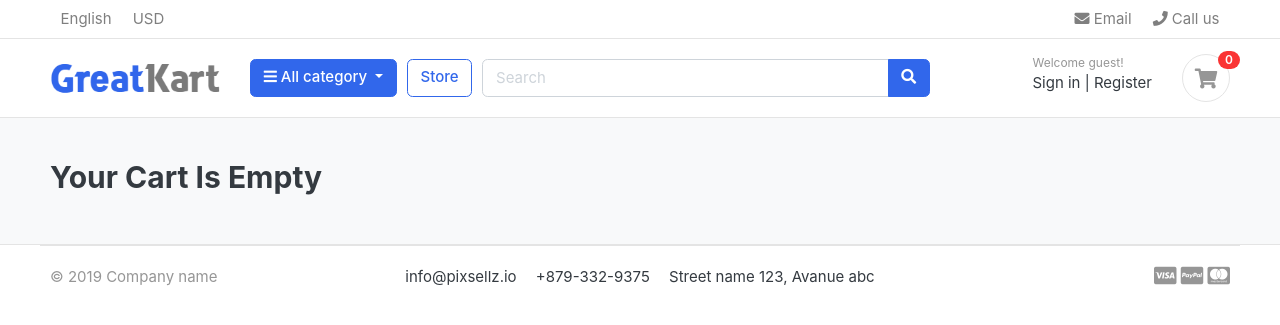
Repository: tranbao2201/ecommerce_django
Page: templates/store/cart.html
The author's editor kept a copy of each file at every save. The page is drawn from the files as they stood at one save, then again after a run of saves.
The browser window is 1280 px wide. The pictures show the whole page.
Some web fonts or font styles are not loaded; a fallback is used. The template is drawn by Django 3.2. The application's start-up code is not run. The template is opened directly, without the code that normally fills it, so the values that code supplies are empty.

Above is the page before, as saved 2022-09-03 22:19:15.

After the next 3 saves:
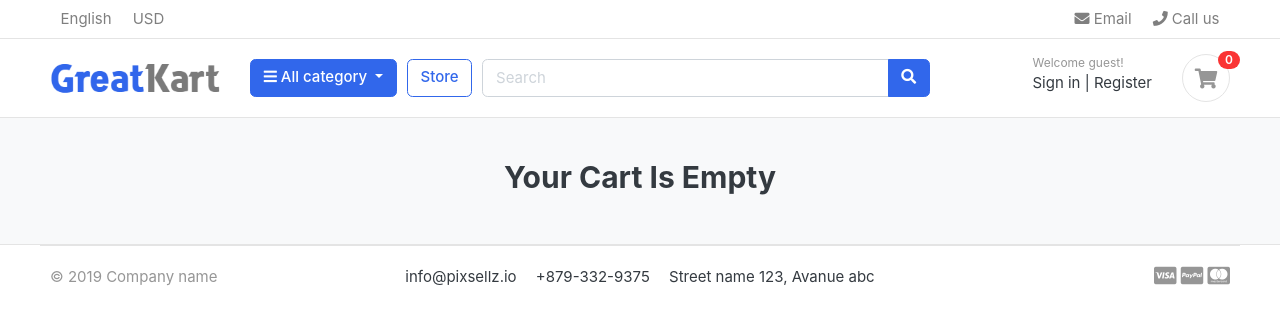
The 3 saves are shown as one change because they came seconds apart.
The last was saved 22 s later.
--- a/templates/store/cart.html
+++ b/templates/store/cart.html
@@ -3,7 +3,7 @@
 	<div class="container">
 		<!-- ============================ COMPONENT 1 ================================= -->
 		{% if not cart_items %}
-		<h2>Your Cart Is Empty</h2>
+		<h2 class="text-center">Your Cart Is Empty</h2>
 		{% else %}
 		<div class="row">
 			<aside class="col-lg-9">
